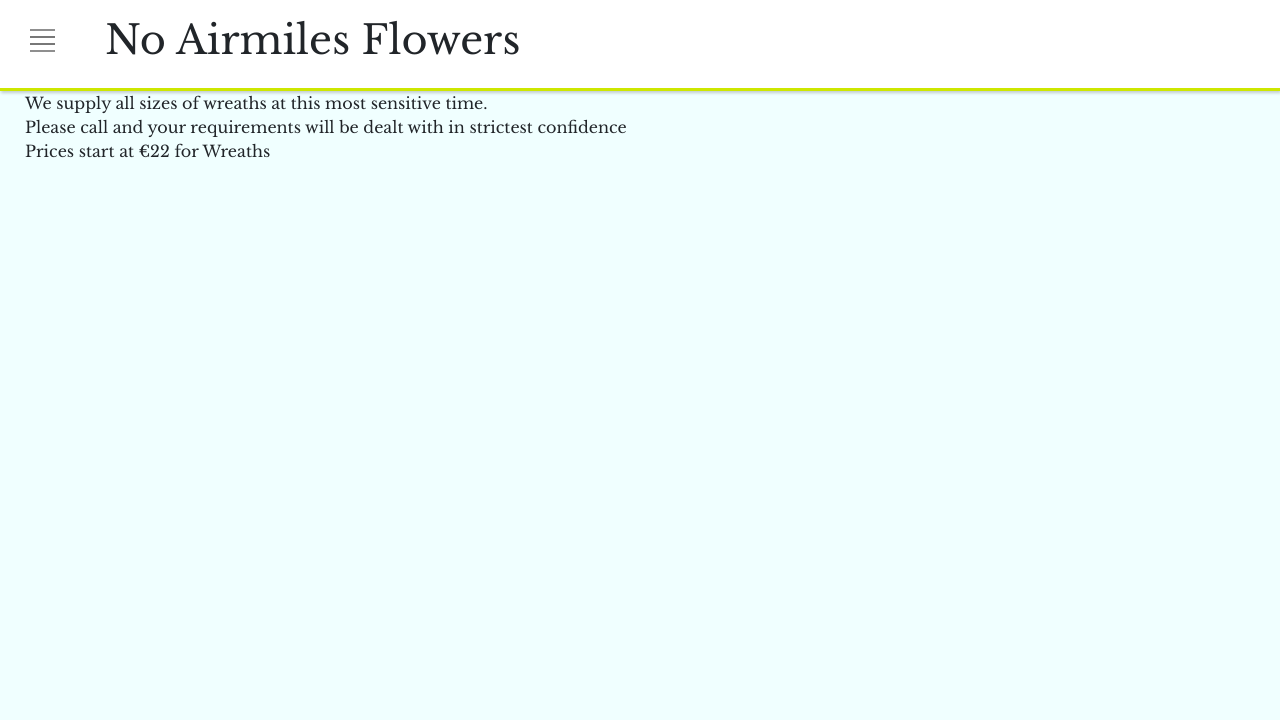
Repository: ConorTC1990/Flowers
Page: wreaths2.html
The author's editor kept a record of every edit. The page is drawn from the files as they stood at one moment, then again after the next edit.
The browser window is 1280 px wide. The pictures show the whole page.
Some web fonts or font styles are not loaded; a fallback is used. Some web libraries are served in a nearby version.

Above is the page before.

After the next edit:
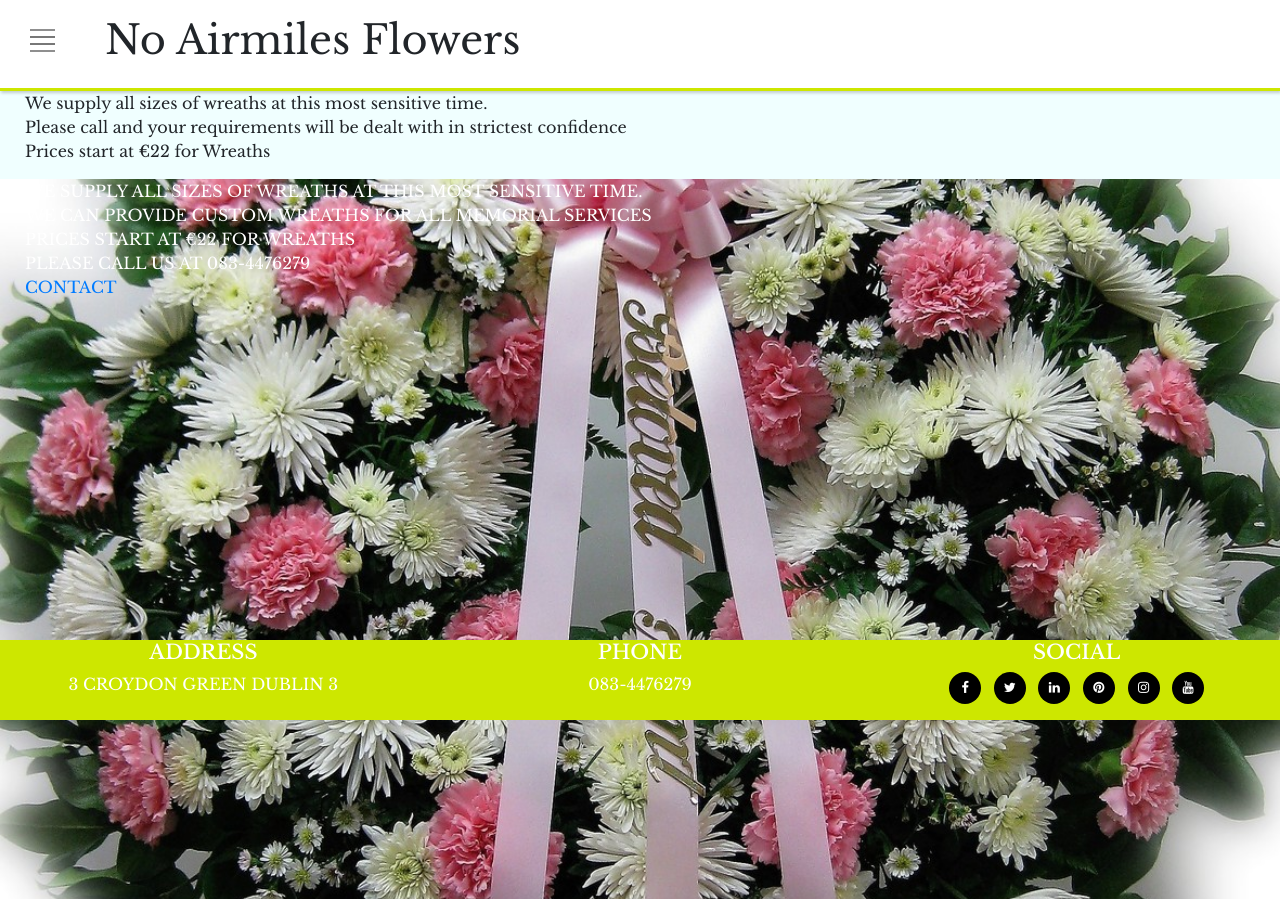
The edit:
--- a/wreaths2.html
+++ b/wreaths2.html
@@ -43,3 +43,85 @@
 		</ul>
 
 	    </div>
+
+
+	     <div class="videoclass2wreaths">
+
+		        <ul>
+		            <li> We supply all sizes of wreaths at this most sensitive time.</li>
+		            <li> We can provide custom wreaths for all memorial services</li>
+		            <li>Prices start at €22 for Wreaths </li>
+		            <li>Please call us at 083-4476279</li>
+		            <li><a href="contactform.html">Contact</a></li>
+		        </ul>
+
+		</div>
+
+
+
+<footer class="container-fluid wreathfooter1">
+        <div id="footer-details" class="row">
+            <div class="col-sm-4">
+                <h5 class="uppercase general-sub">Address</h5>
+                <p class="inline-block">
+                    3 Croydon Green
+                    Dublin 3
+                </p>
+            </div>
+            <div class="col-sm-4">
+                <h5 class="uppercase general-sub">Phone</h5>
+                <p class="inline-block">
+                    083-4476279
+
+
+                </p>
+            </div>
+            <div class="col-sm-4">
+                <h5 class="uppercase general-sub">Social</h5>
+                <ul class="list-inline social-links">
+                    <li class="list-inline-item">
+                        <a target="_blank" href="#">
+                            <i class="fa fa-facebook" aria-hidden="true"></i>
+                            <span class="sr-only">Facebook</span>
+                        </a>
+                    </li>
+                    <li class="list-inline-item">
+                        <a target="_blank" href="#">
+                            <i class="fa fa-twitter" aria-hidden="true"></i>
+                            <span class="sr-only">Twitter</span>
+                        </a>
+                    </li>
+                    <li class="list-inline-item">
+                        <a target="_blank" href="#">
+                            <i class="fa fa-linkedin" aria-hidden="true"></i>
+                            <span class="sr-only">LinkedIn</span>
+                        </a>
+                    </li>
+                    <li class="list-inline-item">
+                        <a target="_blank" href="#">
+                            <i class="fa fa-pinterest" aria-hidden="true"></i>
+                            <span class="sr-only">Pinterest</span>
+                        </a>
+                    </li>
+                    <li class="list-inline-item">
+                        <a target="_blank" href="#">
+                            <i class="fa fa-instagram" aria-hidden="true"></i>
+                            <span class="sr-only">Instagram</span>
+                        </a>
+                    </li>
+                    <li class="list-inline-item">
+                        <a target="_blank" href="#">
+                            <i class="fa fa-youtube" aria-hidden="true"></i>
+                            <span class="sr-only">YouTube</span>
+                        </a>
+                    </li>
+                </ul>
+            </div>
+        </div>
+
+
+</footer>
+
+</body>
+
+</html>
